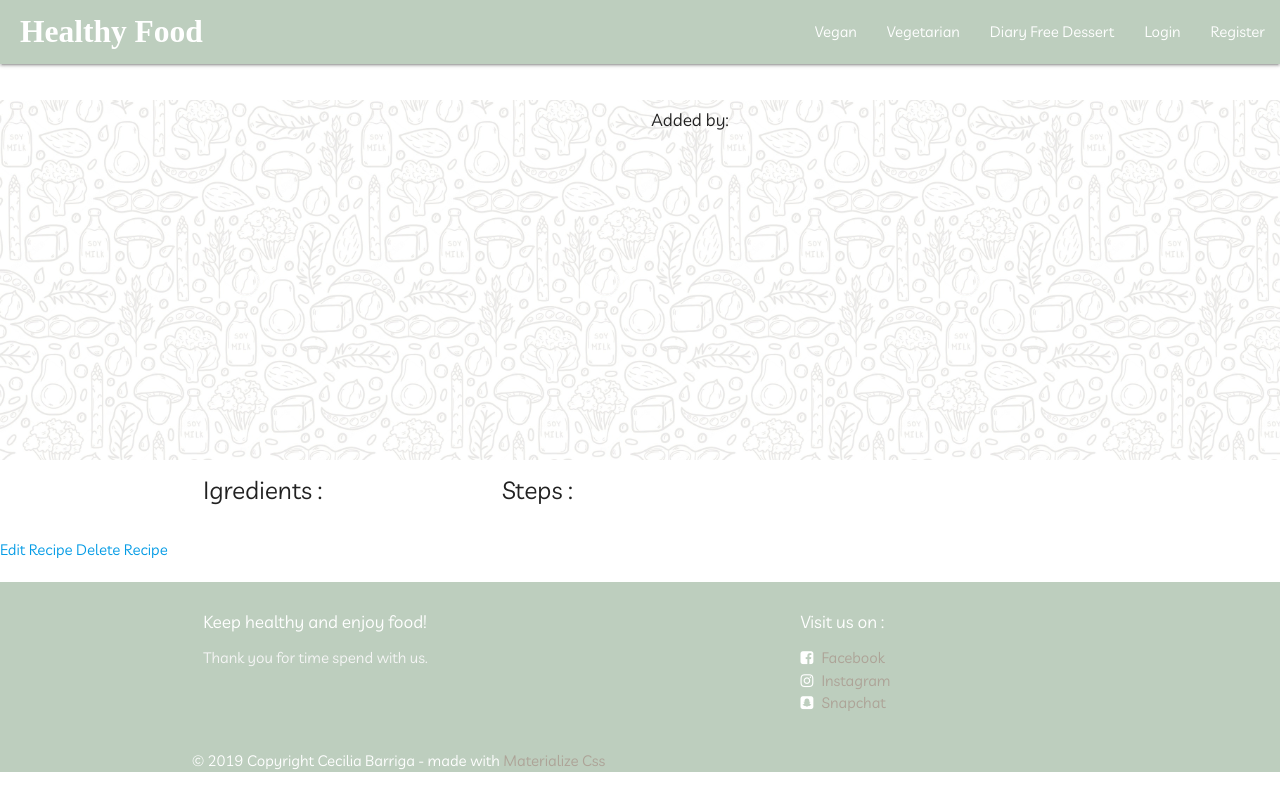
Repository: cesole/cookbook
Page: templates/recipe.html
The author's editor kept a record of every edit. The page is drawn from the files as they stood at one moment, then again after the next edit.
The browser window is 1280 px wide. The pictures show the whole page.
Some web fonts or font styles are not loaded; a fallback is used. The page is served by the project's application, run on Flask 3 (app.py). The template is opened directly, without the code that normally fills it, so the values that code supplies are empty.

Above is the page before.

After the next edit:
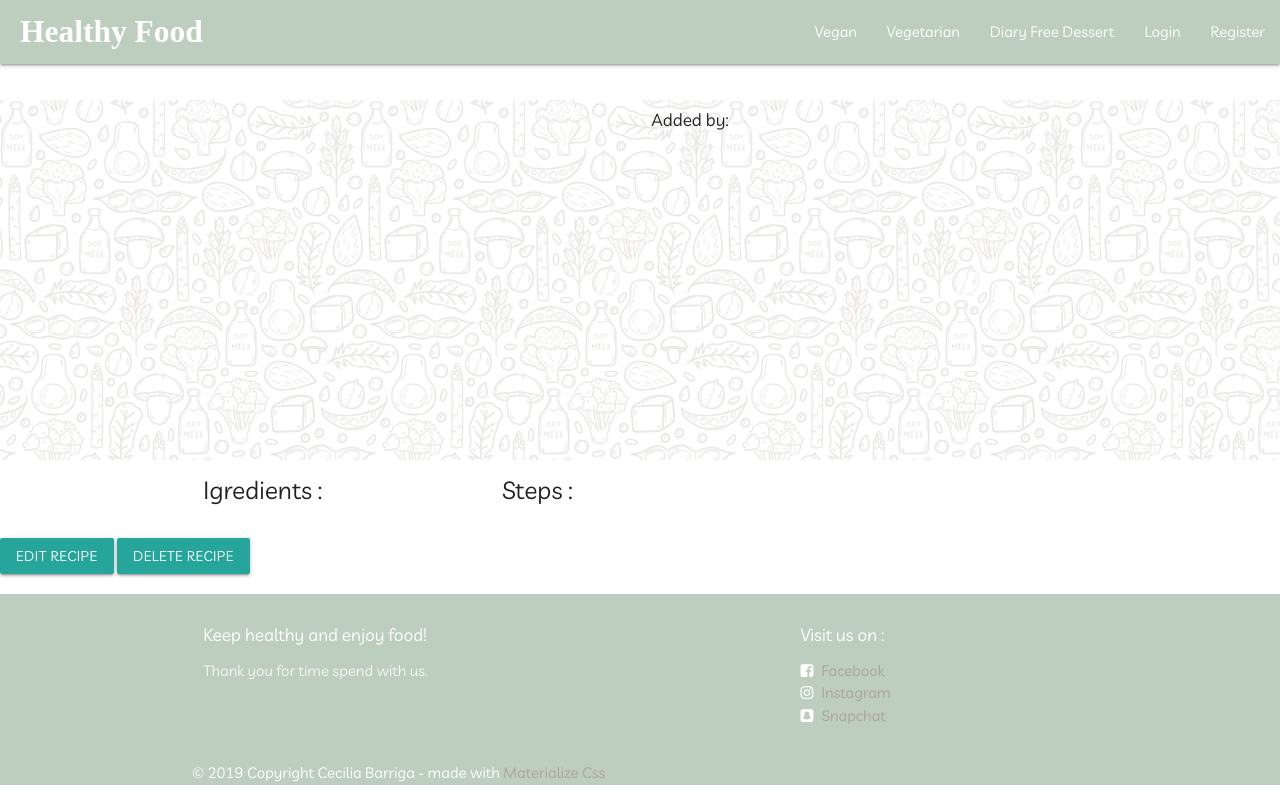
The edit:
--- a/templates/recipe.html
+++ b/templates/recipe.html
@@ -57,8 +57,8 @@
 
 </div>
 <div class="row">
-    <a href="{{url_for('edit_recipe', meal_id=meal._id)}}" class="waves-effect waves-light">Edit Recipe</a>
-    <a href="{{url_for('delete_recipe', meal_id=meal._id)}}" class="waves-effect waves-light">Delete Recipe</a>
+    <a href="{{url_for('edit_recipe', meal_id=meal._id)}}" class="btn waves-effect waves-light">Edit Recipe</a>
+    <a href="{{url_for('delete_recipe', meal_id=meal._id)}}" class="btn waves-effect waves-light">Delete Recipe</a>
 </div>
 
 {% endblock %}
